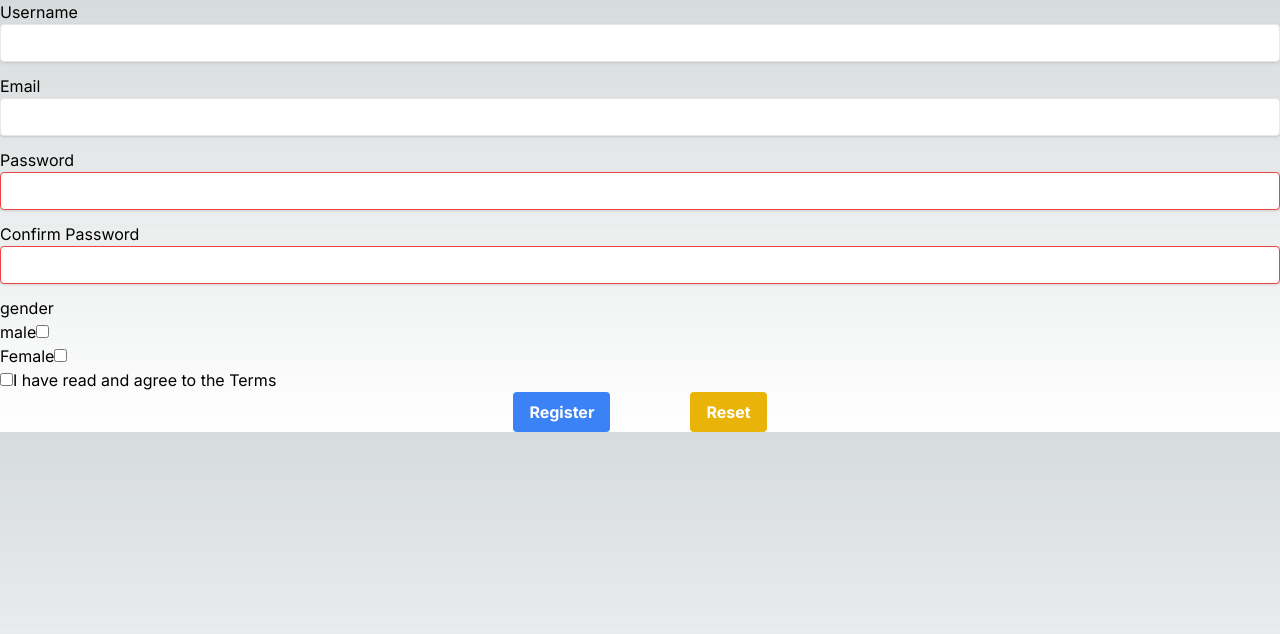
Repository: uh-sman/tiktok-card
Page: /
An editor plug-in stored every save of this project. The page is shown before and after the next save, followed by the edit.
The browser window is 1280 px wide. The pictures show the whole page.
The project was rebuilt for these pictures with package versions that can differ from the ones it lists, and the page was loaded fresh each time. The framework's server and built-in components were replaced by stand-ins that run in the browser. Also part of the build but not shown: next.config.js.

Above is the page before, as saved 2023-12-19 14:01:58.

After the next save:
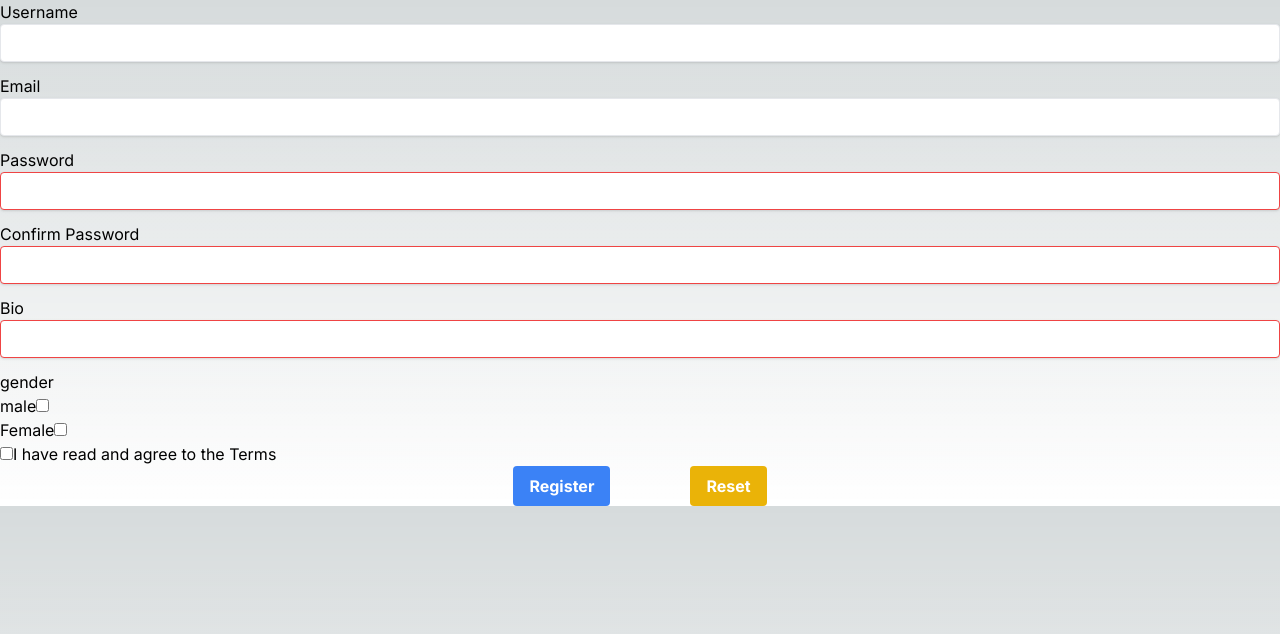
Saved 5 min 42 s later.
--- a/app/components/AuthForm.tsx
+++ b/app/components/AuthForm.tsx
@@ -9,6 +9,7 @@ type UserSubmitForm = {
     acceptTerms: boolean;
     male:boolean;
     female:boolean;
+    Bio:string;
   };
 const AuthForm: React.FC = () => {
     const {register,handleSubmit, reset} = useForm<UserSubmitForm>()
@@ -56,6 +57,16 @@ const AuthForm: React.FC = () => {
             className="shadow appearance-none border border-red-500 rounded w-full py-2 px-3 text-gray-700 mb-3 leading-tight focus:outline-none focus:shadow-outline"
               type="password"
               {...register('confirmPassword')}
+            />
+            <div className="invalid-feedback">
+            </div>
+          </div>
+          <div className="flex flex-col">
+            <label>Bio</label>
+            <input
+            className="shadow appearance-none border border-red-500 rounded w-full py-2 px-3 text-gray-700 mb-3 leading-tight focus:outline-none focus:shadow-outline"
+              type="text"
+              {...register('Bio')}
             />
             <div className="invalid-feedback">
             </div>
